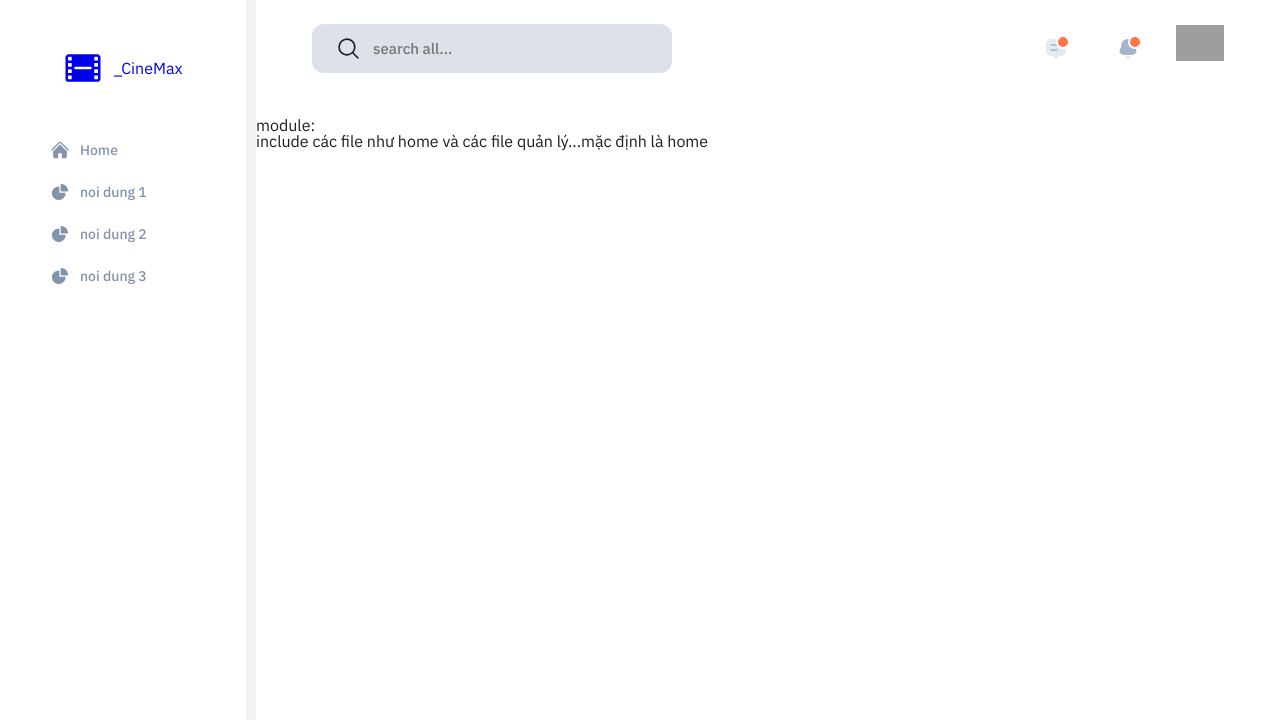
Repository: tdthinhtran961/DoAnCineMax
Page: http://localhost/admin/index.php?act=movies
An editor plug-in stored every save of this project. The page is shown before and after a run of saves, followed by the edit.
The browser window is 1280 px wide. The pictures show the whole page.
Pictures or frames that could not be fetched are drawn as grey boxes. The page is run by PHP 8.4 with error messages shown; the project is at /var/www/html/.

Above is the page before, as saved 2023-05-25 23:40:54.

After the next 2 saves:
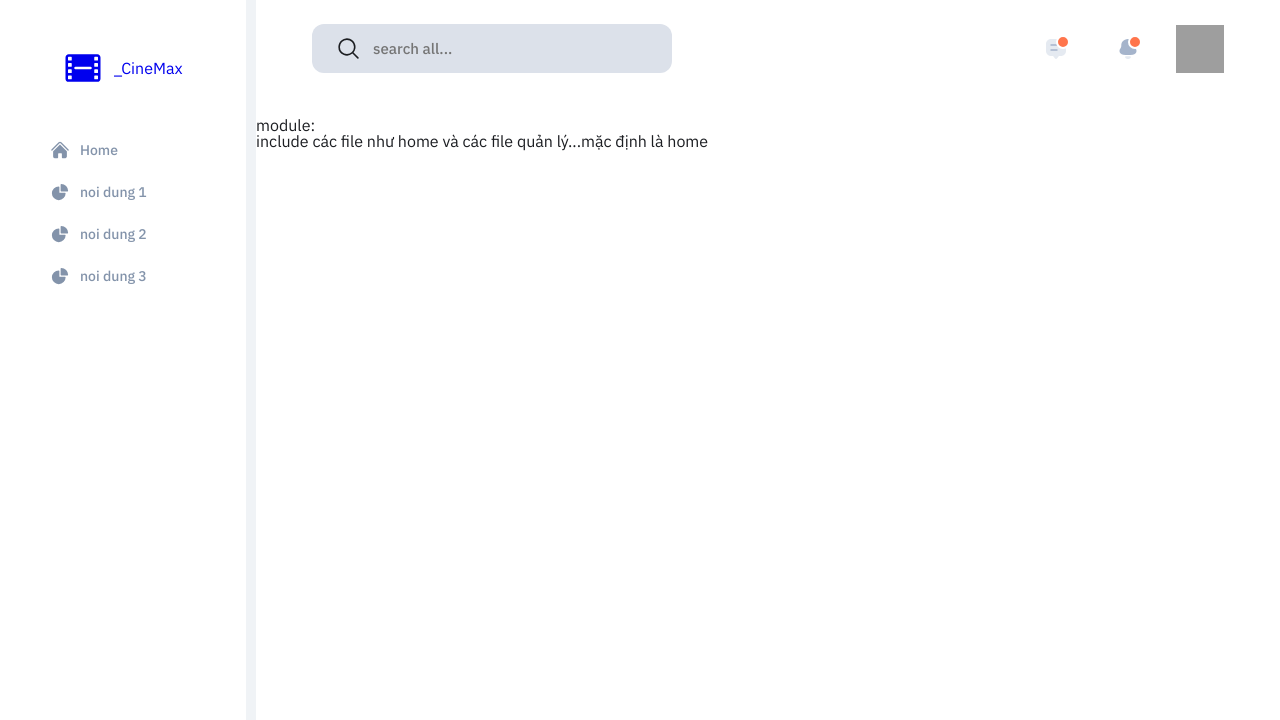
The 2 saves are shown as one change because they came seconds apart.
The last was saved 9 s later.
--- a/admin/index.css
+++ b/admin/index.css
@@ -141,7 +141,9 @@ body {
   border-radius: 100rem;
 }
 .profile img {
-
+  width: 100%;
+  height: 100%;
+  object-fit: cover;
 }
 /* end css topbar */
 /* star css main-container */
